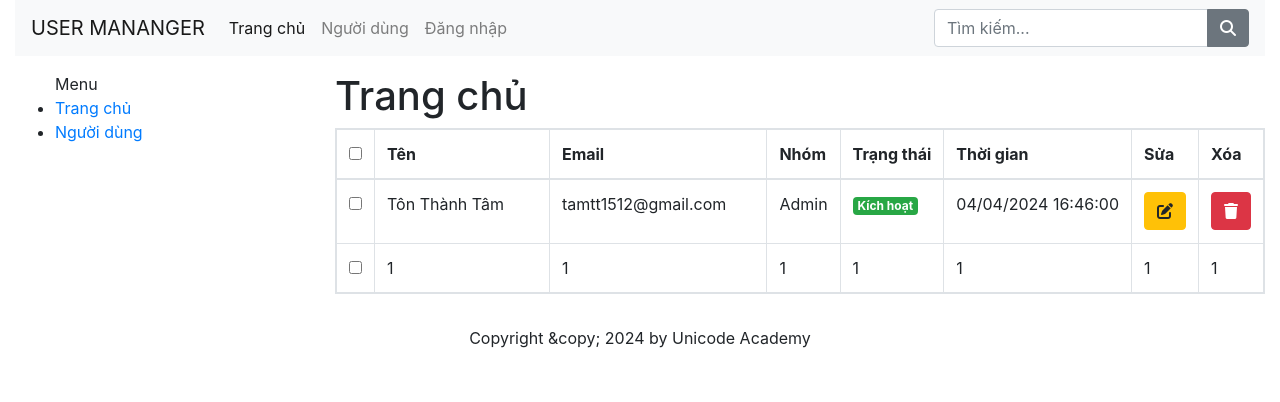
Repository: tam1512/USER_MANAGERMENT_MVC
Page: http://localhost/nguoi-dung
An editor plug-in stored every save of this project. The page is shown before and after the next save, followed by the edit.
The browser window is 1280 px wide. The pictures show the whole page.
The page is run by PHP 8.4 with error messages shown; the project is at /var/www/html/. Other server files are loaded and not shown.

Above is the page before, as saved 2024-04-04 16:49:47.

### index.php
<?php
use App\App;
session_start();
require_once 'bootstrap.php';

$app = new App();

### bootstrap.php
<?php
define("_WEB_PATH_ROOT", __DIR__);

//xử lý lấy ra web root
if(!empty($_SERVER['HTTPS']) && $_SERVER['HTTPS']=='on') {
   $protocol = 'https://';
} else {
   $protocol = 'http://';
}

$docRoot =  str_replace('\\','/',$_SERVER['DOCUMENT_ROOT']);
$pathRoot = str_replace('\\','/',_WEB_PATH_ROOT);
$path = preg_replace('~^'.$docRoot.'~', '', $pathRoot);
define("_WEB_HOST_ROOT", $protocol.$_SERVER['HTTP_HOST'].$path);

//load all config
$dataConfig = scandir('configs');
if(!empty($dataConfig)) {
   unset($dataConfig[0]);
   unset($dataConfig[1]);

   foreach($dataConfig as $item) {
      $path = "configs/$item";
      if(file_exists($path)) {
         require_once $path;
      }
   }
}

//load config Database and core database
if(!empty($config['database'])) {
   $config_data = $config['database'];

   if(!empty($config_data)) {
      require_once('core/Connection.php');
      require_once('core/QueryBuilder.php');
      require_once('core/Database.php');
      require_once('core/DB.php');
   }
}

//load all helpers
$dataHelper = scandir('app/helpers');
if(!empty($dataHelper)) {
   unset($dataHelper[0]);
   unset($dataHelper[1]);

   foreach($dataHelper as $item) {
      $path = "app/helpers/$item";
      if(file_exists($path)) {
         require_once $path;
      }
   }
}

//load all services
if(!empty($config['app']['services'])) {
   $allServices = $config['app']['services'];
   if(!empty($allServices)) {
      foreach($allServices as $service) {
         $className = getNameClass($service);
         $path = 'app/core/'.$className.'.php';
         if(file_exists($path)) {
            require_once($path);
      }
   }
}
}


// load core hash
require_once('core/Hash.php');

// load core routes
require_once('core/Routes.php');

//load core session
require_once('core/Session.php');

//load core helper
require_once('core/Helper.php');

//load core request
require_once('core/Request.php');

//load core response
require_once('core/Response.php');

//load core model
require_once('core/Model.php');

//load core template
require_once('core/Template.php');

//load core controller
require_once('core/Controller.php');

//load core load
require_once('core/Load.php');

//load core load
require_once('core/View.php');

//load core load
require_once('core/ServiceProvider.php');

//load core load
require_once('app/core/AppServiceProvider.php');

//load core middlewares
require_once('core/Middlewares.php');

//load all middlewares
$dataMiddlewares = scandir('app/middlewares');
if(!empty($dataMiddlewares)) {
   unset($dataMiddlewares[0]);
   unset($dataMiddlewares[1]);

   foreach($dataMiddlewares as $item) {
      $path = "app/middlewares/$item";
      if(file_exists($path)) {
         require_once $path;
      }
   }
}

//load app
require_once('app/App.php');

### configs/app.php
<?php
use App\Core\AppServiceProvider;
use App\Core\htmlHelper;
use App\Middlewares\AuthMiddleware;
use App\Middlewares\ParamsMiddleware;
$config['app'] = [
   'services' => [
      htmlHelper::class
   ],
   'routeMiddleware' => [
      // 'san-pham' => AuthMiddleware::class
   ],
   'globalMiddleware' => [
      // ParamsMiddleware::class
   ],
   'boot' => [
      AppServiceProvider::class
   ]
   ];

### configs/database.php
<?php
$config['database'] = [
   'host' => 'localhost',
   'user' => 'root',
   'pass' => '',
   'db' => 'mvc_base',
   'dbdriver' => 'mysql'
];

### configs/hash.php
<?php
$config['hash'] = [
   'type' => 'default'
];

### configs/routes.php
<?php
$routes['default_controller'] = 'home';

$routes['trang-chu'] = 'home';
$routes['nguoi-dung'] = 'user';
// $routes['san-pham/(.+)'] = 'product/detail/$1';

### configs/session.php
<?php
$config['session'] = [
   'session_key' => 'unicode_session'
];

### core/Connection.php
<?php
namespace App\Core;
use \PDO;
use \Exception;
use App\App;
class Connection {
   private static $conn;


   private function __construct($config_data) {
      try {
         if (class_exists('PDO')) {
            $dsn = $config_data['dbdriver'] . ':dbname=' . $config_data['db'] . ';host=' . $config_data['host'];

            $options = [
               PDO::MYSQL_ATTR_INIT_COMMAND => 'SET NAMES utf8',
               PDO::ATTR_ERRMODE => PDO::ERRMODE_EXCEPTION //Đẩy lỗi vào ngoại lệ truy vấn
            ];

               self::$conn = new PDO($dsn, $config_data['user'], $config_data['pass'], $options);
         }
      } catch (Exception $e) {
         App::$app->loadError('database', ['message' => $e->getMessage()]);
         exit();
      }
   }


   public static function getInstance($config_data) {
      if(self::$conn == null) {
         new Connection($config_data);
      }
      return self::$conn;
   }
}

### core/Database.php
<?php
namespace App\Core;
use \Exception;
use \PDO;
class Database {
   use QueryBuilder;
   private $__conn = null;
   private $sql = null;
   public function __construct() {
      global $config_data;
      $this->__conn = Connection::getInstance($config_data);
   }

   public function query($sql, $data=[], $statementStatus = false) {
      $this->sql = $sql;
      $query = false;
      // echo $sql;
      try{
         $statement = $this->__conn->prepare($this->sql);
         if(empty($data)) {
            $query = $statement->execute();
         } else {
            $query = $statement->execute($data);
         }
      }catch(Exception $e){
         echo $e->getMessage();
         echo '<br/>';
         echo '<p><b>SQL Query :</b> <i>'.$this->sql.'</i></p>';
         exit();
      }

      if($statementStatus && $query) {
         return $statement;
      }

      return $query;
   }

   private function fetch($sql) {
      $statement = $this->query($sql, [], true);

      if(is_object($statement)) {
         return $statement;
      }
      return false;
   }

   function getRaw($sql) {
      $statement = $this->fetch($sql);

      if(!empty($statement)) {
         return $statement->fetchAll(PDO::FETCH_ASSOC);
      }
      return false;
   }

   function firstRaw($sql) {
      $statement = $this->fetch($sql);

      if(!empty($statement)) {
         return $statement->fetch(PDO::FETCH_ASSOC);
      }
      return false;
   }

   function insertData($table, $dataInsert) {
      $arrKeys = array_keys($dataInsert);
      $fieldStr = implode(', ', $arrKeys);

      $valueStr = ':'.implode(', :', $arrKeys);

      $sql = "INSERT INTO $table($fieldStr) VALUES ($valueStr);";

      return $this->query($sql, $dataInsert);
   }

   function updateData($table, $dataUpdate, $condition) {
      $updateStr = '';
      foreach($dataUpdate as $key => $value) {
         $updateStr .= $key.' = :'.$key . ', ';
      }
      $updateStr = rtrim($updateStr, ', ');

      if(empty($condition)) {
         $sql = "UPDATE $table SET $updateStr";
      } else {
         $sql = "UPDATE $table SET $updateStr WHERE $condition";
      }
      return $this->query($sql, $dataUpdate);
   }
   function deleteData($table, $condition = '') {
      $sql = '';
      if(empty($condition)) {
         $sql = "DELETE FROM $table";
      } else {
         $sql = "DELETE FROM $table WHERE $condition";
      }

      return $this->query($sql);
   }

   // Lấy ra số dòng truy vấn
   function getRows($sql) {
      $statement = $this->fetch($sql);
      if(!empty($statement)) {
         return $statement->rowCount();
      }
      return false;
   }

   // Lấy ra id vừa insert
   function lastInsertId() {
      return $this->__conn->lastInsertId();
   }

   function getPdo() {
      return $this->__conn;
   }
}

### core/DB.php
<?php
namespace App\Core;
class DB {
   public $db = null;

   public function __construct() {
      $this->db = new Database();
   }
}

### app/helpers/functions.php
<?php
   function getNameClass($namespace) {
      if(preg_match('~\\\~', $namespace)) {
         $namespaceArr = explode('\\', $namespace);
         $className = end($namespaceArr);
      } else {
         $className = $namespace;
      }
      return $className;
   }

### app/core/htmlHelper.php
<?php
namespace App\Core;
class htmlHelper {
   static function openForm($method='get', $action ='') {
      echo '<form method="'.$method.'" action="'.$action.'">';
   }
   static function closeForm() {
      echo '</form>';
   }

   static function input($before='', $after='', $type='text', $name, $value='', $class='', $id='', $placeholder='') {
      echo $before.'<input type="'.$type.'" class="'.$class.'" id="'.$id.'" name="'.$name.'" value ="'.$value.'" placeholder="'.$placeholder.'">'.$after;
   }

   static function button($before="", $after='', $type='button', $class='', $id='', $content, $name='') {
      echo $before.'<button type="'.$type.'" class="'.$class.'" id="'.$id.'" name="'.$name.'">'.$content.'</button>'.$after;
   }
}

### core/Hash.php
<?php
namespace App\Core;
class Hash {
   public static function make($password) {
      global $config;

      $algo = [
         'default' => PASSWORD_DEFAULT,
         'bcrypt' => PASSWORD_BCRYPT,
         'argon2i' => PASSWORD_ARGON2I,
         'argon2id' => PASSWORD_ARGON2ID
      ];

      if(!empty($config['hash'])) {
         $configHash = $config['hash'];
         $type = $configHash['type'] ?? null;

         if(!empty($algo[$type])) {
            return password_hash($password, $algo[$type]);
         }

      }
      return false;
   }

   public static function check($password, $hash) {
      return password_verify($password, $hash);
   }
}

### core/Routes.php
<?php
namespace App\Core;
class Routes {
   private $__routeKey;
   public function handleRoutes($url) {
      global $routes;
      unset($routes['default_controller']);
      $urlHandle = trim($url, '/');
      if(!empty($routes)) {
         foreach($routes as $key=>$value) {
            if(preg_match('~^'.$key.'$~is', $urlHandle)) {
               $urlHandle = preg_replace('~^'.$key.'$~is', $value, $urlHandle);
               $this->__routeKey = $key;
            }
         }
      }
      return $urlHandle;
   }

   public function getRouteKey() {
      return $this->__routeKey;
   }
}

### core/Session.php
<?php
namespace App\Core;
use App\App;
class Session {
   public static function data($key='', $value='') {
      $sessionKey = self::isInvalid();

      if(!empty($sessionKey)) {
         if(!empty($key)) {
            if(!empty($value)) {
               $_SESSION[$sessionKey][$key] = $value;
               return true;
            } else {
               if(isset($_SESSION[$sessionKey][$key]))
               return $_SESSION[$sessionKey][$key];
            }
         } else {
            if(isset($_SESSION[$sessionKey]))
            return $_SESSION[$sessionKey];
         }
      }
      return false;
   }

   public static function delete($key='') {
      $sessionKey = self::isInvalid();
      if(!empty($sessionKey)) {
         if(!empty($key)) {
            unset($_SESSION[$sessionKey][$key]);
            return true;
         } else {
            unset($_SESSION[$sessionKey]);
            return true;
         }
      }
      return false;
   }

//tạo => tương tự data, gọi => tự động xóa
   public static function flash($key='', $value='') {
      $flashData = self::data($key, $value);
      if(empty($value)) {
         self::delete($key);
         return $flashData;
      }
   }

   static public function showErrors($message) {
      $data = ['message' => $message];
      App::$app->loadError('exception', $data);
      die();
   }

   static public function isInvalid() {
      global $config;
      if(!empty($config['session'])) {
         $sessionConfig = $config['session'];
         if(!empty($sessionConfig['session_key'])) {
            $sessionKey = $sessionConfig['session_key'];
            return $sessionKey;
         } else {
            self::showErrors('Thiếu cấu hình session_key. Vui lòng kiểm tra file configs/session.php');
         }
      } else {
         self::showErrors('Thiếu cấu hình session_key. Vui lòng kiểm tra file configs/session.php');
      }
      return false;
   }
}

### core/Helper.php
<?php
use App\core\Session;
$errors = Session::flash('errors');
$old = Session::flash('old');

if(!function_exists('form_error')) {
   function form_error($fieldName, $before='', $after='') {
      global $errors;
      if(!empty($errors[$fieldName])) {
         return $before.'<i>'.$errors[$fieldName].'</i>'.$after;
      }
      return false;
   }
}

if(!function_exists('old')) {
   function old($fieldName, $default = '') {
      global $old;
      if(!empty($old[$fieldName])) {
         return $old[$fieldName];
      }
      return $default;
   }
}

### core/Response.php
<?php
namespace App\Core;
class Response {
   public function redirect($uri = '') {
      if(preg_match('~~^http|https~', $uri)) {
         $url = $uri;
      } else {
         $url = _WEB_HOST_ROOT.'/'.$uri;
      }
      header('Location: '.$url);
      exit();
   }
}

### core/Model.php
<?php
namespace App\Core;
abstract class Model extends Database{
   protected $db;
   public function __construct() {
      $this->db = new Database();
   }

   abstract function tableFill();
   abstract function fieldFill();
   abstract function primaryKey();

   function all($condition = '') {
      $table = $this->tableFill();
      $field = $this->fieldFill();
      if(empty($field)) {
         $field = '*';
      }
      if(empty($condition)) {
         $query = "SELECT $field FROM $table";
      } else {
         $query = "SELECT $field FROM $table WHERE $condition";
      }

      $data = $this->db->getRaw($query);

      return $data;
   }

   function find($id) {
      $table = $this->tableFill();
      $field = $this->fieldFill();
      $primaryKey = $this->primaryKey();
      if(empty($field)) {
         $field = '*';
      }
      $query = "SELECT $field FROM $table WHERE $primaryKey = $id";

      $data = $this->db->firstRaw($query);

      return $data;
   }
}

### core/Controller.php
<?php
namespace App\Core;
class Controller {
   public $db = null;
   public function model($model) {
      $path = _WEB_PATH_ROOT.'\app\models\\'.$model.'.php';
      if(file_exists($path)) {
         require_once $path;

         $nameClass = 'App\Models\\'.$model;
         if(class_exists($nameClass)) {
            $model = new $nameClass();
            return $model;
         }

      }
      return false;
   }

   public function render($view, $data = []) {
      if(!empty(View::$dataShare)) {
         $data = array_merge($data, View::$dataShare);
      }
      $path = _WEB_PATH_ROOT."\app\\views\\".$view.".php";
      if(preg_match('~^layout~', $view)) {
         if(file_exists($path)) {
            extract($data);
            require_once($path);
         }
      } else {
         if(file_exists($path)) {
            $contentView = file_get_contents($path);
            $template = new Template();
            $template->run($contentView, $data);
         }
      }
   }
}

?>

### core/Load.php
<?php
namespace App\Core;
class Load {
   public static function model($model) {
      $path = _WEB_PATH_ROOT.'\app\models\\'.$model.'.php';
      if(file_exists($path)) {
         require_once $path;

         $nameClass = 'App\Models\\'.$model;
         if(class_exists($nameClass)) {
            $model = new $nameClass();
            return $model;
         }

      }
      return false;
   }

   public static function render($view, $data = []) {
      extract($data);
      $path = _WEB_PATH_ROOT."\app\\views\\".$view.".php";
      if(file_exists($path)) {
         require_once($path);
      }
   }
}

?>

### core/View.php
<?php
namespace App\Core;
abstract class View {
   static $dataShare = [];
   static function share($data) {
      self::$dataShare = $data;
   }
}

### core/ServiceProvider.php
<?php
namespace App\Core;
abstract class ServiceProvider {
   public $db;
   abstract function boot();
}

### app/core/AppServiceProvider.php
<?php
namespace App\Core;
class AppServiceProvider extends ServiceProvider {
   public function boot() {
      // $data['userInfo'] = $this->db->table('users')->where('id', '=', 1)->first();
      // $data['copyright'] = 'Copyright (c) 2024';
      // View::share($data);
   }
}

### core/Middlewares.php
<?php
namespace App\Core;
abstract class Middlewares {
   public $db;
   abstract function handle();
}

### app/middlewares/AuthMiddleware.php
<?php
namespace App\Middlewares;
use App\Core\{Middlewares, Session, Response};

class AuthMiddleware extends Middlewares {

   public function handle() {
      // if(empty(Session::data('login_admin'))) {
      //    $response = new Response();
      //    $response->redirect('trang-chu');
      // }
   }
}

### app/middlewares/GuestMiddleware.php
<?php
namespace App\Middlewares;
use App\Core\{Middlewares, Session, Response};
use App\App;

class GuestMiddleware extends Middlewares {

   public function handle() {
      $path = trim(App::$app->getUrl(), '/');
      $include = [
         'dang-nhap',
         'dang-ky'
      ];
      if(in_array($path, $include) && Session::data('user_login')) {
         $response = new Response();
         $response->redirect('');
      }
   }
}

### app/middlewares/LoginMiddleware.php
<?php
namespace App\Middlewares;
use App\Core\{Middlewares, Session, Response};

class LoginMiddleware extends Middlewares {

   public function handle() {
   //todo
   }
}

### app/middlewares/ParamsMiddleware.php
<?php
namespace App\Middlewares;
use App\Core\{Middlewares, Response};
use App\App;
class ParamsMiddleware extends Middlewares {
   public function handle() {
      // if(!empty($_SERVER['QUERY_STRING'])) {
      //    $response = new Response();
      //    $response->redirect(trim(App::$app->getUrl(), '/'));
      // }
   }
}

### app/controllers/Home.php
<?php
namespace App\Controllers;
use App\Core\{Controller, Request, Response, Session, View};
class Home extends Controller {
   private $model, $data = [];
   public function __construct() {
      $this->model = $this->model("Home");
   }
   public function index() {
      $this->data = [
         'header_content' => [
            'title' => 'Trang chủ'
         ],
         'footer_content' => [
            'copyright' => 'Copyright &copy; 2024 by Unicode Academy'
         ],
         'content' => 'user/index',
         'sub_content' => [
            'title' => 'Trang chủ'
         ]
      ];
      $this->render('layouts/layout', $this->data);
   }
}

### app/models/Home.php
<?php
namespace App\Models;
use App\Core\Model;
class Home extends Model{
   private $table = 'products';

   function tableFill() {
      return 'users';
   }

   function fieldFill() {
      return 'id, fullname';
   }

   function primaryKey() {
      return 'id';
   }
   public function index() {
      $data = [
         'fullname' => 'Thanh Tam',
         'email' => 'thanh.tam@gmail.com',
         'password' => '123456789'
      ];
      return $this->db->table('users')->count();
   }
   public function getList() {
      $data = [
         'sp1',
         'sp2',
         'sp3',
         'sp4',
      ];
      return $data;
   }
}

### app/views/layouts/layout.php
<?php
   $this->render('blocks\clients\header', $header_content);
   $this->render('blocks\clients\sidebar');
   $this->render($content, $sub_content);
   $this->render('blocks\clients\footer', $footer_content);
?>

### app/views/blocks/clients/header.php
<!DOCTYPE html>
<html lang="en">
<head>
   <meta charset="UTF-8">
   <meta name="viewport" content="width=device-width, initial-scale=1.0">
   <title>{{$title}}</title>
   <link rel="stylesheet" href="https://cdnjs.cloudflare.com/ajax/libs/font-awesome/6.5.1/css/all.min.css"/>
   <link rel="stylesheet" href="https://cdn.jsdelivr.net/npm/bootstrap@4.6.2/dist/css/bootstrap.min.css">
   <link rel="stylesheet" href="{{_WEB_HOST_ROOT}}/public/assets/clients/css/style.css">
</head>
<body>
   <div class="container-fluid">
      <header>
         <nav class="navbar navbar-expand-lg navbar-light bg-light">
            <a href="{{_WEB_HOST_ROOT}}" class="navbar-brand">USER MANANGER</a>
            <button class="navbar-toggler" type="button" data-toggle="collapse" data-target="#navbar">
               <span class="navbar-toggle-icon"></span>
            </button>
            <div class="collapse navbar-collapse" id="navbar">
               <ul class="navbar-nav mr-auto">
                  <li class="nav-item active">
                     <a href="{{_WEB_HOST_ROOT}}" class="nav-link">Trang chủ</a>
                  </li>
                  <li class="nav-item">
                     <a href="{{_WEB_HOST_ROOT}}/nguoi-dung" class="nav-link">Người dùng</a>
                  </li>
                  <li class="nav-item">
                     <a href="{{_WEB_HOST_ROOT}}/auth/login" class="nav-link">Đăng nhập</a>
                  </li>
               </ul>
               <form action="">
                  <div class="form-inline my-2 my-lg-0">
                     <div class="input-group">
                        <input type="text" class="form-control" placeholder="Tìm kiếm...">
                        <div class="input-group-append">
                           <button class="btn btn-secondary" type="submit">
                           <i class="fa fa-search"></i>
                           </button>
                        </div>
                     </div>
                  </div>
               </form>
            </div>
         </nav>
      </header>
      <main class="py-3">

### app/views/blocks/clients/sidebar.php
<div class="row">
   <div class="col-3">
      <ul class="d-flex flex-column"> Menu
         <li><a href="{{_WEB_HOST_ROOT}}">Trang chủ</a></li>
         <li><a href="{{_WEB_HOST_ROOT}}/nguoi-dung">Người dùng</a></li>
      </ul>
   </div>

### app/views/user/index.php
<div class="col-9">
   <h1>{{$title}}</h1>
   <table class="table table-bordered table-responsive">
      <thead>
         <tr>
            <th><input type="checkbox" name="chooseUser" id="checkAllUser"></th>
            <th width="50%">Tên</th>
            <th width="50%">Email</th>
            <th>Nhóm</th>
            <th>Trạng thái</th>
            <th>Thời gian</th>
            <th>Sửa</th>
            <th>Xóa</th>
         </tr>
      </thead>
      <tbody>
         <tr>
            <td><input type="checkbox" name="" id=""></td>
            <td>Tôn Thành Tâm</td>
            <td>tamtt1512@gmail.com</td>
            <td>Admin</td>
            <td><p class="badge badge-success">Kích hoạt</p></td>
            <td>04/04/2024 16:46:00</td>
            <td><a href="#" class="btn btn-warning"><i class="fa-solid fa-pen-to-square"></i></a></td>
            <td><a href="#" class="btn btn-danger"><i class="fa-solid fa-trash"></i></a></td>
         </tr>
         <tr>
            <td><input type="checkbox" name="" id=""></td>
            <td>1</td>
            <td>1</td>
            <td>1</td>
            <td>1</td>
            <td>1</td>
            <td>1</td>
            <td>1</td>
         </tr>
      </tbody>
   </table>
</div>

### app/views/blocks/clients/footer.php

      </main>
      <footer>
         <p class="text-center">{{$copyright}}</p>
      </footer>
   </div>
   <script src="https://cdn.jsdelivr.net/npm/jquery@3.5.1/dist/jquery.slim.min.js"></script>
   <script src="https://cdn.jsdelivr.net/npm/bootstrap@4.6.2/dist/js/bootstrap.bundle.min.js"></script>
   <script src="{{_WEB_HOST_ROOT}}/public/assets/clients/js/app.js"></script>
</body>
</html>

### public/assets/clients/css/style.css
td, th {
   white-space: nowrap;
}

Loaded but not shown: public/assets/clients/js/app.js (1 lines, source omitted); core/Request.php (176 lines, source omitted); app/App.php (184 lines, source omitted); core/Template.php (140 lines, source omitted); core/QueryBuilder.php (131 lines, source omitted)

After the next save:
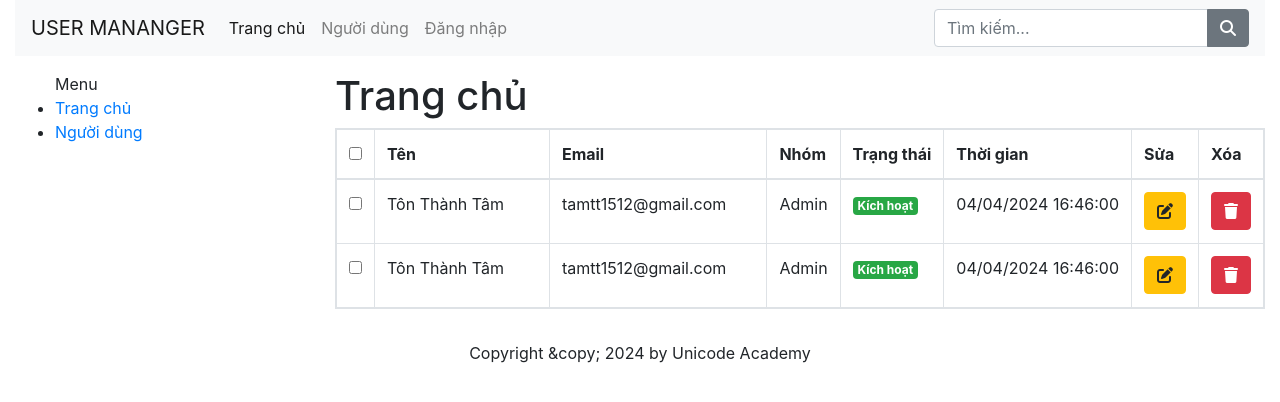
Saved 31 s later.
--- a/app/views/user/index.php
+++ b/app/views/user/index.php
@@ -26,13 +26,13 @@
          </tr>
          <tr>
             <td><input type="checkbox" name="" id=""></td>
-            <td>1</td>
-            <td>1</td>
-            <td>1</td>
-            <td>1</td>
-            <td>1</td>
-            <td>1</td>
-            <td>1</td>
+            <td>Tôn Thành Tâm</td>
+            <td>tamtt1512@gmail.com</td>
+            <td>Admin</td>
+            <td><p class="badge badge-success">Kích hoạt</p></td>
+            <td>04/04/2024 16:46:00</td>
+            <td><a href="#" class="btn btn-warning"><i class="fa-solid fa-pen-to-square"></i></a></td>
+            <td><a href="#" class="btn btn-danger"><i class="fa-solid fa-trash"></i></a></td>
          </tr>
       </tbody>
    </table>
